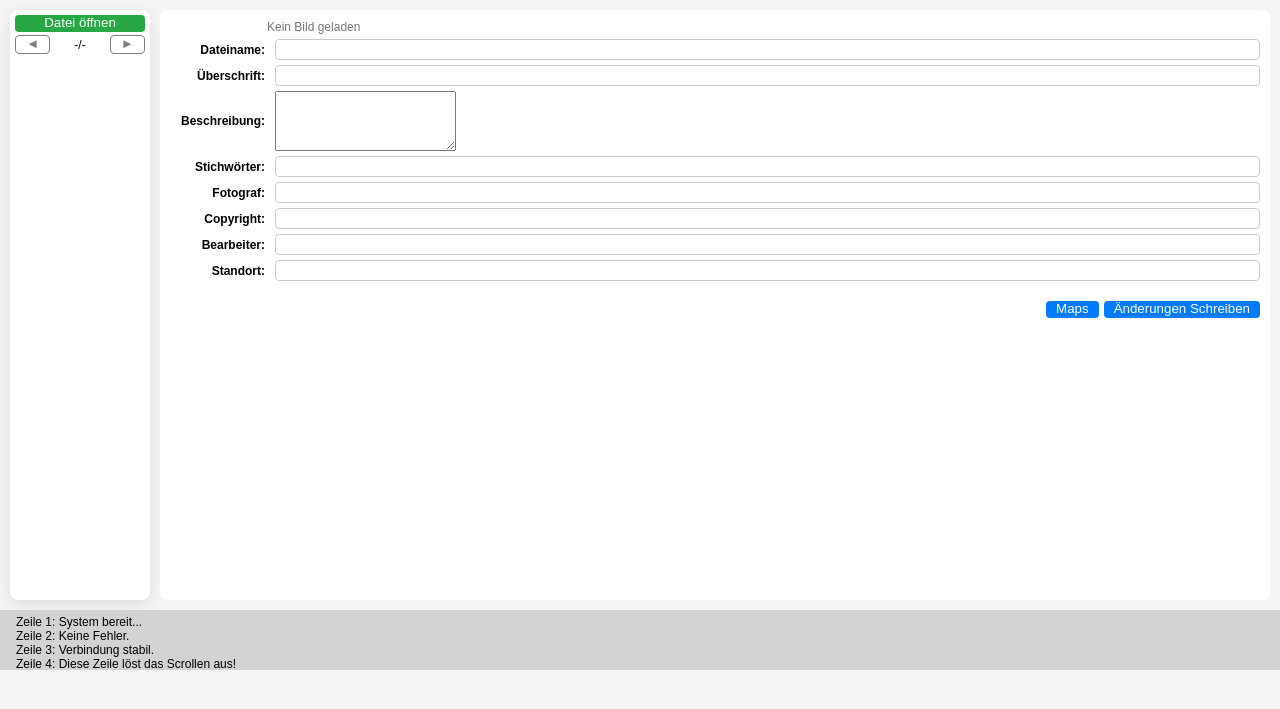
Repository: h-fahle/metadata
Page: ui/index.html
These files come from the project's save history. The page is drawn as it stood at one moment and after the next save; the edit follows.
The browser window is 1280 px wide. The pictures show the whole page.

Above is the page before, as saved 2026-08-19 15:27:06.

After the next save:
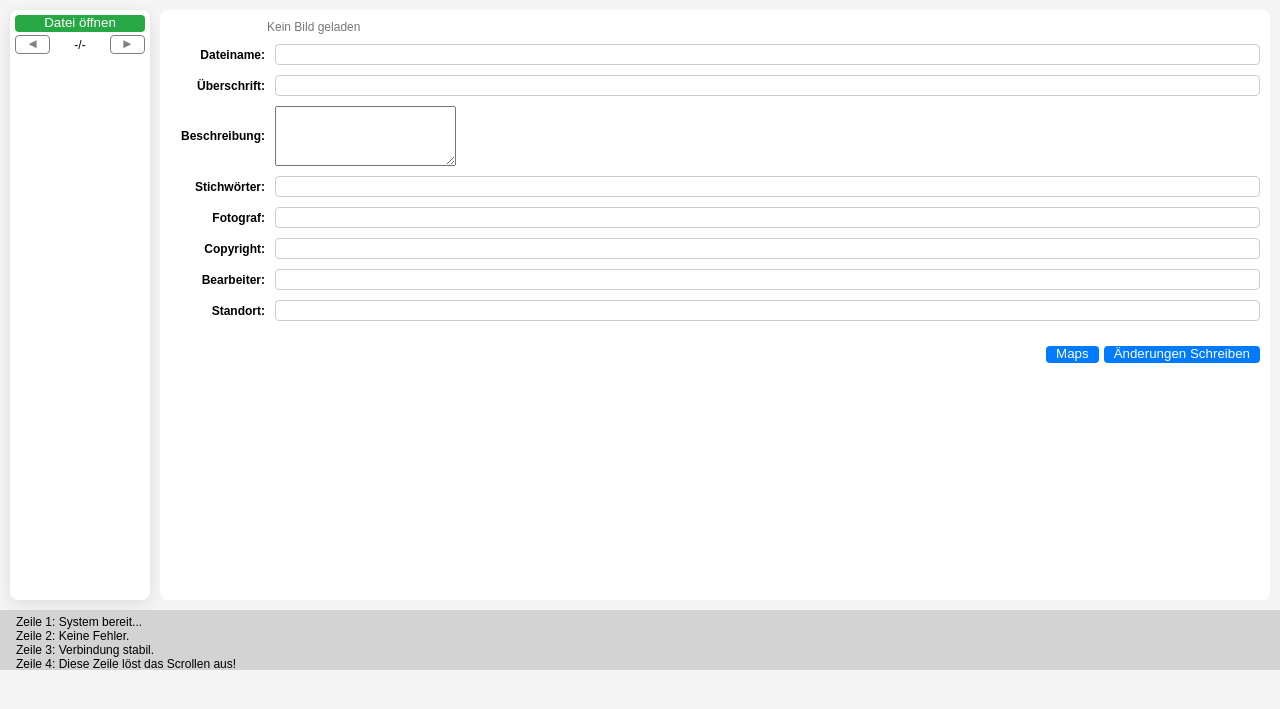
Saved 13 s later.
--- a/ui/style.css
+++ b/ui/style.css
@@ -46,7 +46,7 @@ html, body {
 	padding: 10px;
 	display: flex;
 	flex-direction: column;
-	gap: 5px;
+	gap: 10px;
 }
 
 /* Jede Zeile wird zu einer horizontalen Flexbox */
